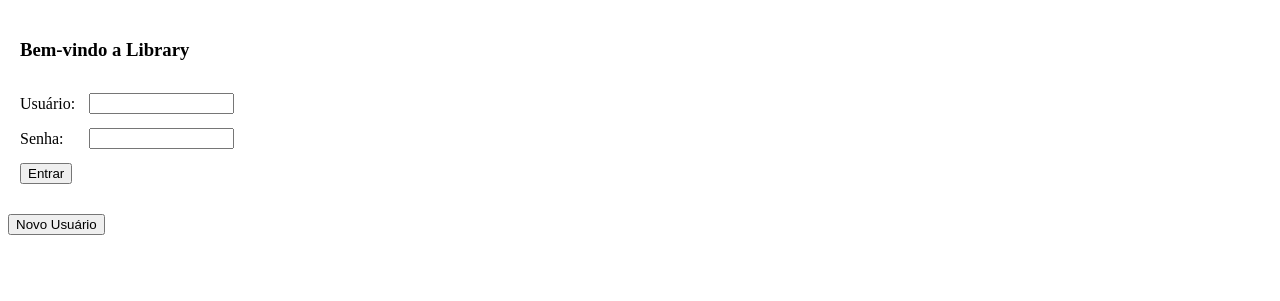
Repository: lmsmorais/ProjectEpiousion
Page: http://localhost/LibraryProject/
An editor plug-in stored every save of this project. The page is shown before and after the next save, followed by the edit.
The browser window is 1280 px wide. The pictures show the whole page.
The page is served by Tomcat 9.

Above is the page before, as saved 2020-11-11 20:40:16.

After the next save:
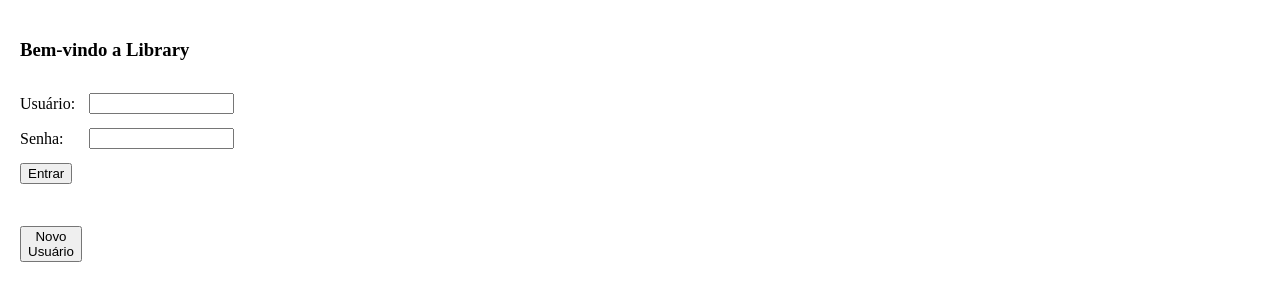
Saved 52 s later.
--- a/LibraryProject/WebContent/index.jsp
+++ b/LibraryProject/WebContent/index.jsp
@@ -31,8 +31,11 @@
 		</form>
 		<br>
 		<form method="post" action='${pageContext.request.contextPath}/Login'>
-				<button type="submit">Novo Usuário</button>
-
+		<table cellspacing="10" cellpadding="2" width="5%">
+			<tr>
+				<td><button type="submit">Novo Usuário</button></td>
+			</tr>
+		</table>
 		</form>
 	</body>
 </html>
